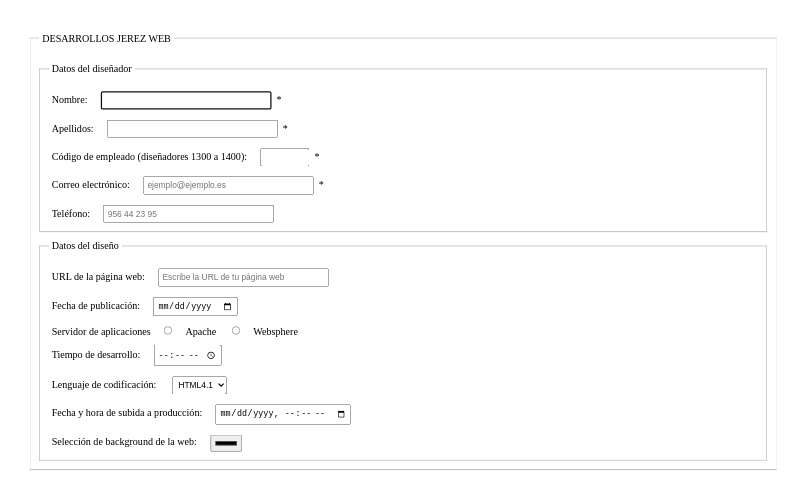
Repository: iSaan86/EV_Practica_FormularioCSS
Page: index.html
An editor plug-in stored every save of this project. The page is shown before and after the next save, followed by the edit.
The browser window is 1280 px wide. The pictures show the whole page, at 63% of full size.

Above is the page before, as saved 2024-01-11 17:10:20.

### index.html
<!DOCTYPE html>
<html lang="es-ES">

<head>
    <meta charset="UTF-8">
    <meta name="viewport" content="width=device-width, initial-scale=1.0">
    <meta name="keywords" content="formulario, html, css, practica">
    <meta name="description" content="Formularios">
    <meta name="author" content="Alexandra Ferrera Arenas">
    <link rel="icon" type="image/x-icon" href="img/logo-giro.png">
    <link rel="stylesheet" href="css/estilo.css">
    <title> PRACTICA DE FORMULARIOS </title>
</head>

<body>
    <!-- ABRO FORMULARIO -->
    <form method="get" action="" name="formulario1" id="formulario1">
        <!--AGRUPACION GENERAL-->
        <fieldset>
            <legend class="datos">DESARROLLOS JEREZ WEB</legend>
            <fieldset><legend class="datos2">Datos del diseñador</legend>
                <label for="nombre">Nombre:</label><input type="text" id="nombre" name="nombre" alt="indique su nombre" size="30%" autofocus required minlength="2" maxlength="50">*<br>
                <label for="apellidos">Apellidos:</label><input type="text" id="apellidos" name="apellidos" alt="indique sus apellidos" size="30%" required minlength="2" maxlength="50">*<br>
                <label for="codigo">Código de empleado (diseñadores 1300 a 1400):</label><input type="number" id="codigo" name="codigo" alt="indique su código de empleado" required min="1300" max="1400">*<br>
                <label for="email">Correo electrónico:</label><input type="email" id="email" name="email" alt="indique su email" size="30%" placeholder="ejemplo@ejemplo.es" required>*<br>
                <label for="telefono">Teléfono:</label><input type="tel" id="telefono"  name="telefono" alt="indique su telefono" size="30%" placeholder="956 44 23 95"><br>
            </fieldset>
            <fieldset><legend class="datos2">Datos del diseño</legend>
                <label for="url">URL de la página web:</label><input type="url" id="url" name="url" alt="indique la URL de la pagina web" size="30%" placeholder="Escribe la URL de tu página web"><br>
                <label for="fecha">Fecha de publicación:</label><input type="date" name="fecha" id="fecha"><br>
                <label for="servidor">Servidor de aplicaciones</label><input type="radio" id="apache" name="servidor" alt="verificar apache" value="Apache"><label for="hombre">Apache</label>
                <input type="radio" id="websphere" name="servidor" alt="verificar websphere" value="Websphere"><label for="mujer">Websphere</label><br>
                <label for="tiempo">Tiempo de desarrollo:</label><input type="time" name="tiempo" id="tiempo"><br>
                <label for="lenguaje">Lenguaje de codificación:</label>
                <select id="lenguaje" name="lenguaje" alt="Elija lenguaje de codificación"><br>
                    <option value="html4.1">HTML4.1</option>
                    <option value="xhtml">XHTML</option>
                    <option value="html5">HTML5</option>
                </select><br>
                <label for="fechayhora">Fecha y hora de subida a producción:</label><input type="datetime-local" name="fechayhora" size="30%"><br>
                <label for="fondo">Selección de background de la web:</label><input type="color" name="fondo" size="30%">
            </fieldset>













        </fieldset>
    </form>




</body>





</html>

### css/estilo.css
@charset "UTF-8";

/* Para todo el html */
*{
    padding: 5px;
    margin:8px;
}

After the next save:
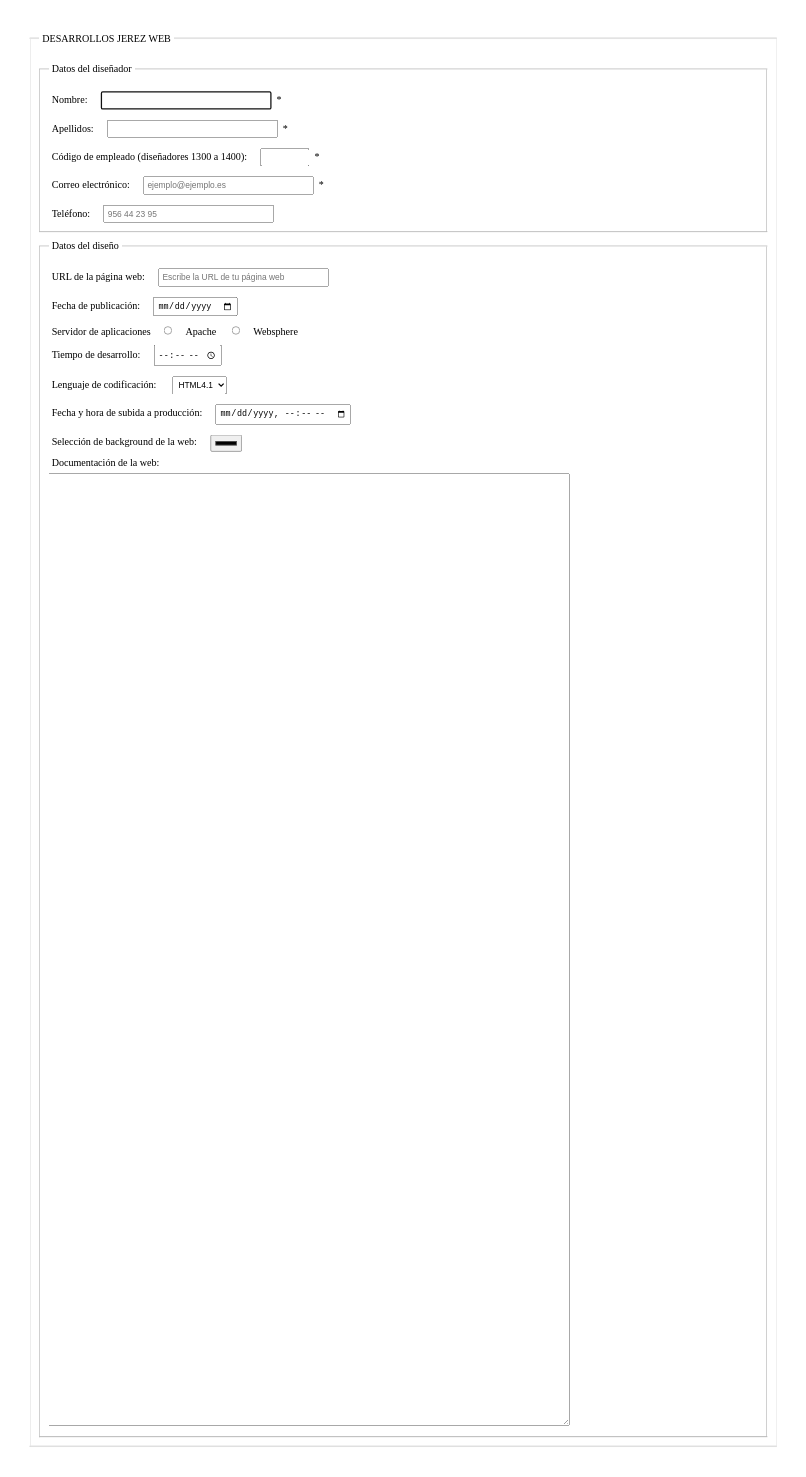
Saved 2 min 22 s later.
--- a/index.html
+++ b/index.html
@@ -38,7 +38,10 @@
                     <option value="html5">HTML5</option>
                 </select><br>
                 <label for="fechayhora">Fecha y hora de subida a producción:</label><input type="datetime-local" name="fechayhora" size="30%"><br>
-                <label for="fondo">Selección de background de la web:</label><input type="color" name="fondo" size="30%">
+                <label for="fondo">Selección de background de la web:</label><input type="color" name="fondo" size="30%"><br>
+                <label for="areatexto">Documentación de la web:</label><br>
+                <textarea name="areatexto" cols="100" rows="100">
+                </textarea>
             </fieldset>
 
 
